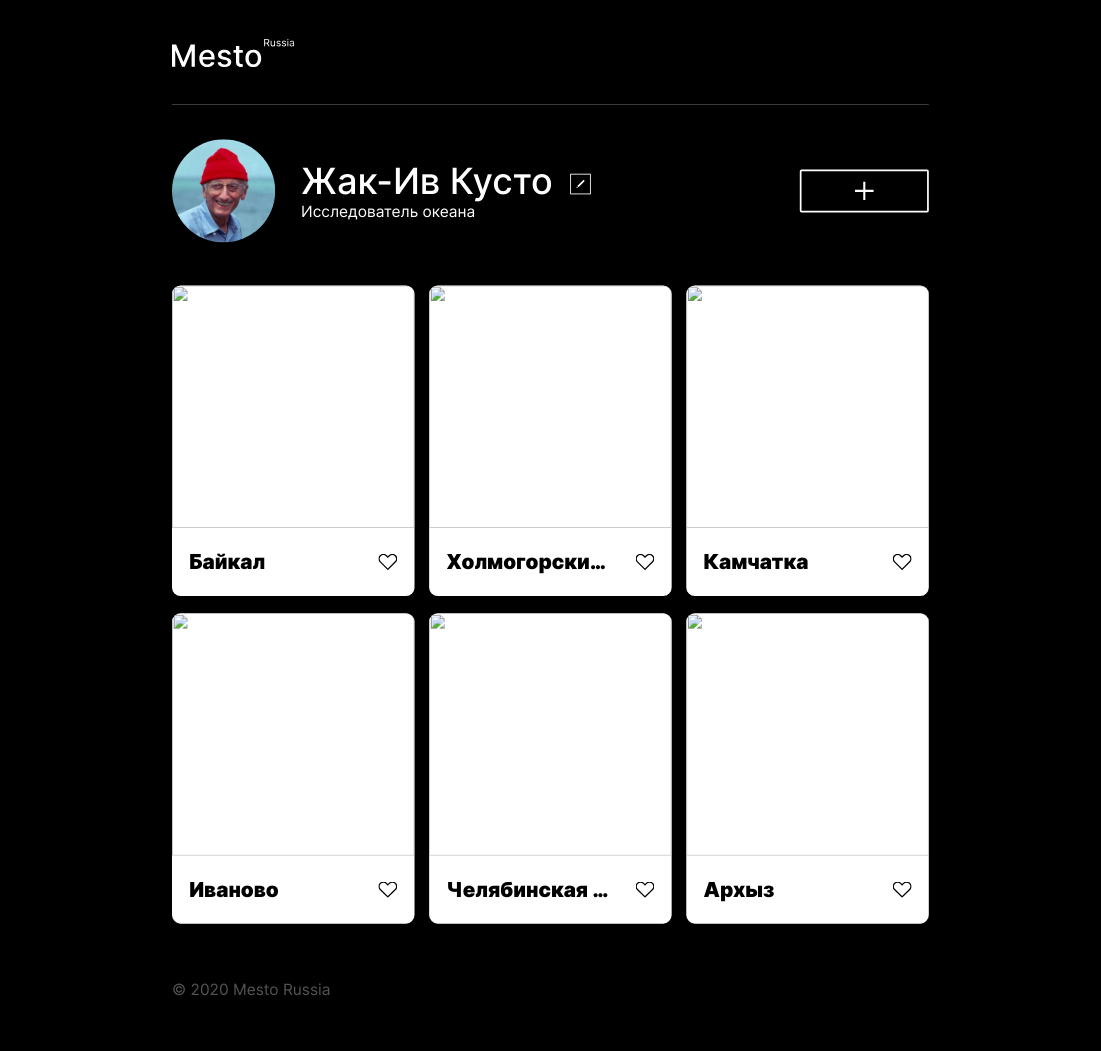
Repository: Akhtool/mesto
Page: index.html
The author's editor kept a copy of each file at every save. The page is drawn from the files as they stood at one save, then again after the next save.
The browser window is 1280 px wide. The pictures show the whole page, at 86% of full size.

Above is the page before, as saved 2023-01-04 12:30:35.

After the next save:
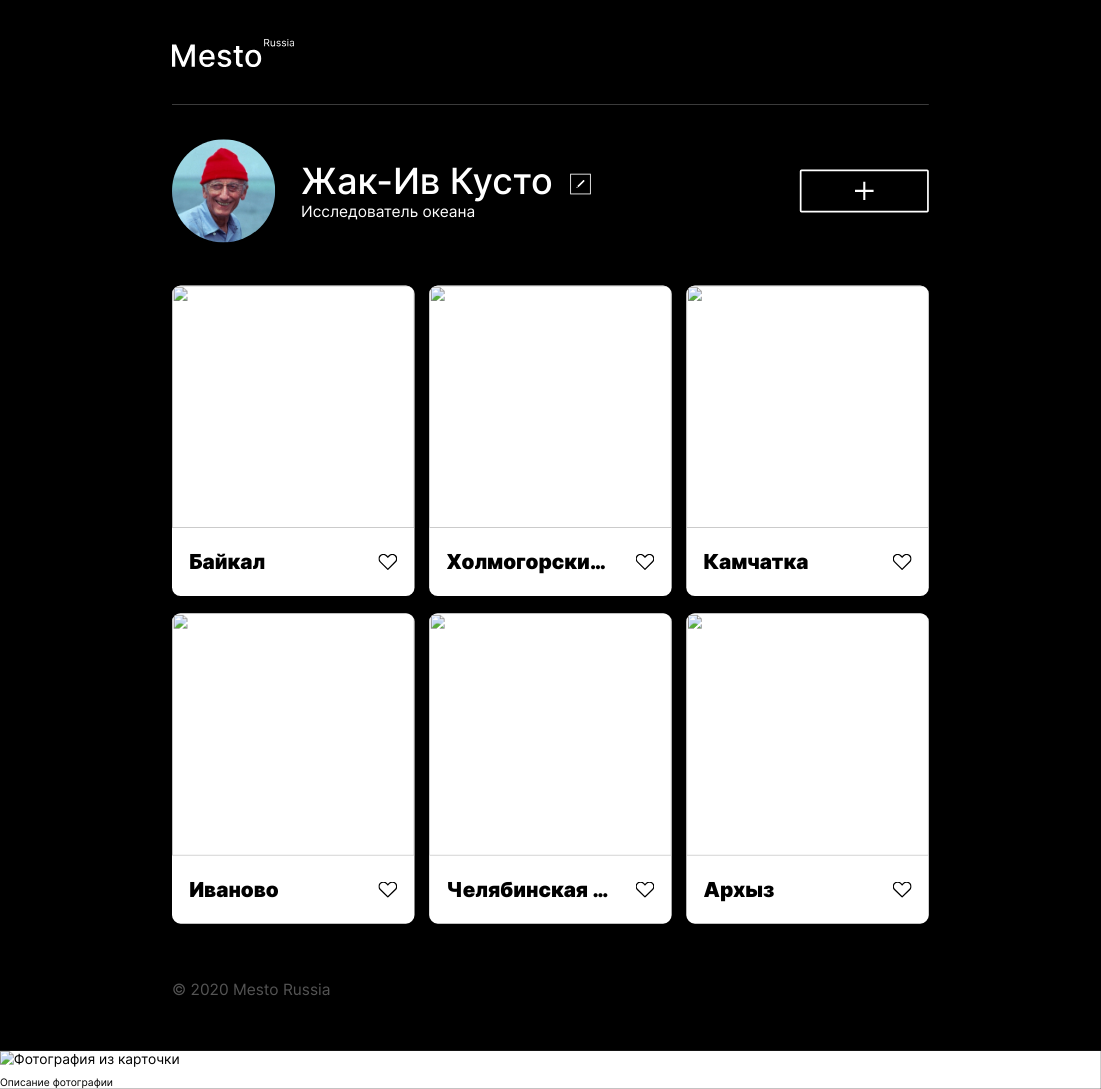
Saved 60 s later.
--- a/index.html
+++ b/index.html
@@ -33,7 +33,7 @@
         <p class="footer__copyright">© 2020 Mesto Russia</p>
     </footer>
     <!--Попап просмотра фотографий-->
-    <div class="popup popup_type_show-image">
+    <div class="popup_type_show-image">
         <div class="popup__container_type_show-image">
           <button type="button" class="popup__close-button popup__close-button_type_show-image"></button>
           <img src="#" alt="Фотография из карточки" class="popup__image">
